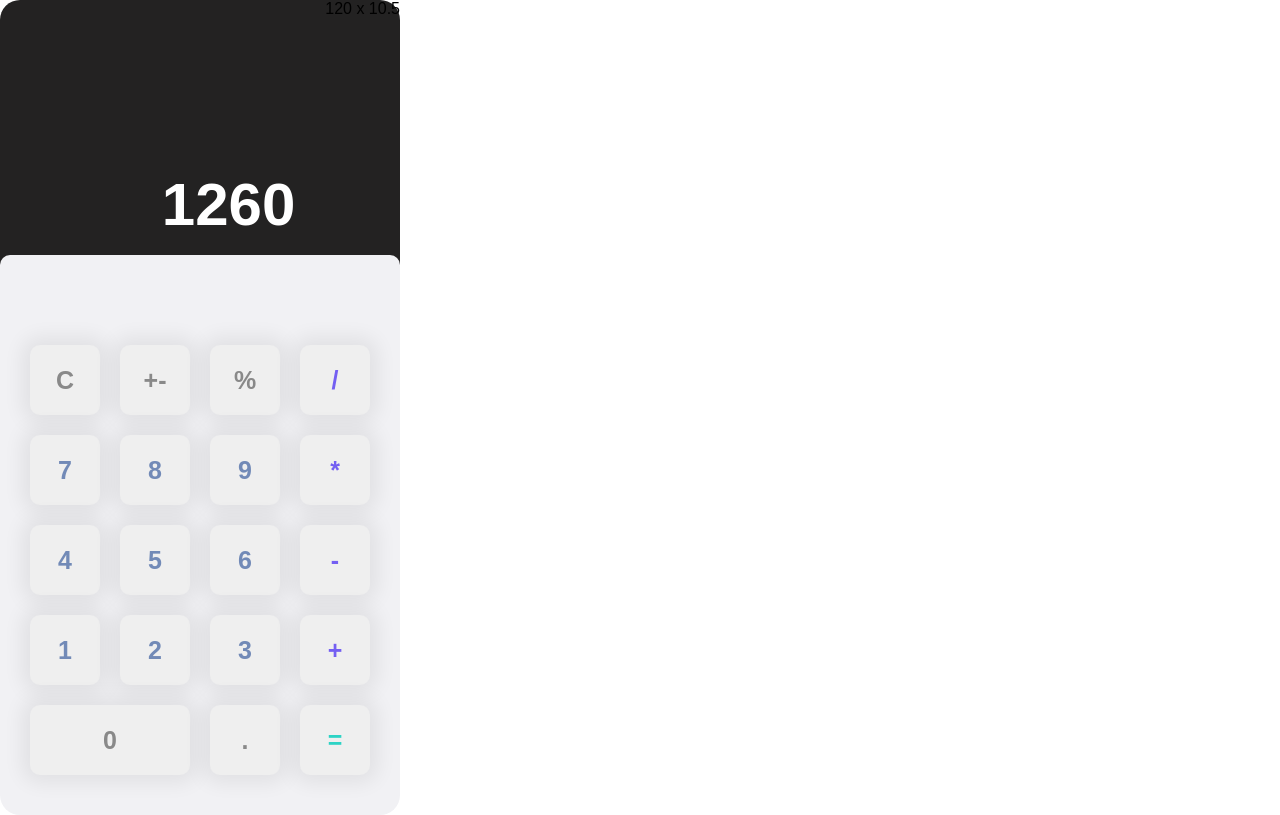
Repository: BrunoBross/calculator
Page: index.html
These files come from the project's save history. The page is drawn as it stood at one moment and after the next save; the edit follows.
The browser window is 1280 px wide. The pictures show the whole page.

Above is the page before, as saved 2021-11-30 23:18:10.

After the next save:
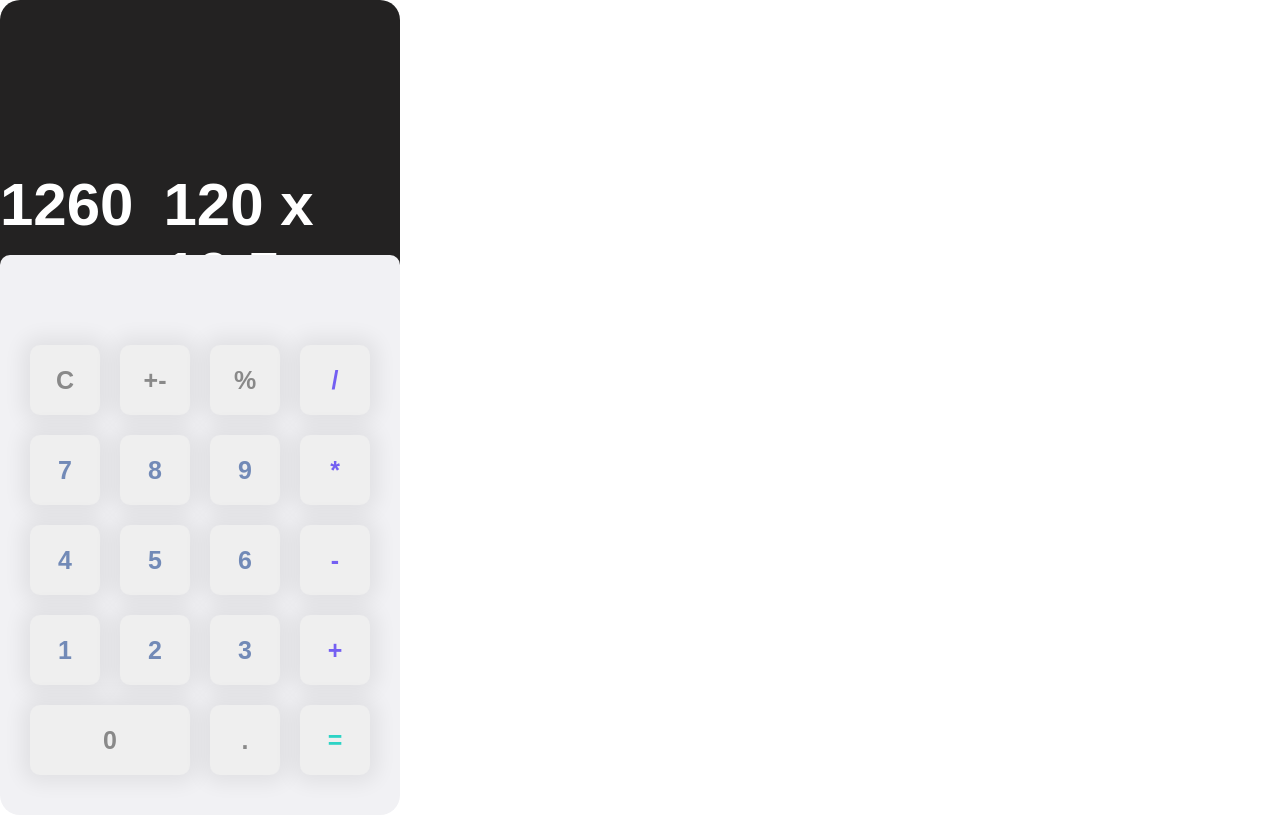
Saved 15 s later.
--- a/index.html
+++ b/index.html
@@ -11,7 +11,7 @@
   <main>
     <div class="calculator">
       <div class="view">
-        <div>120 x 10.5</div>
+        <span>120 x 10.5</span>
         <span>1260</span>
       </div>
       <div class="buttons">
